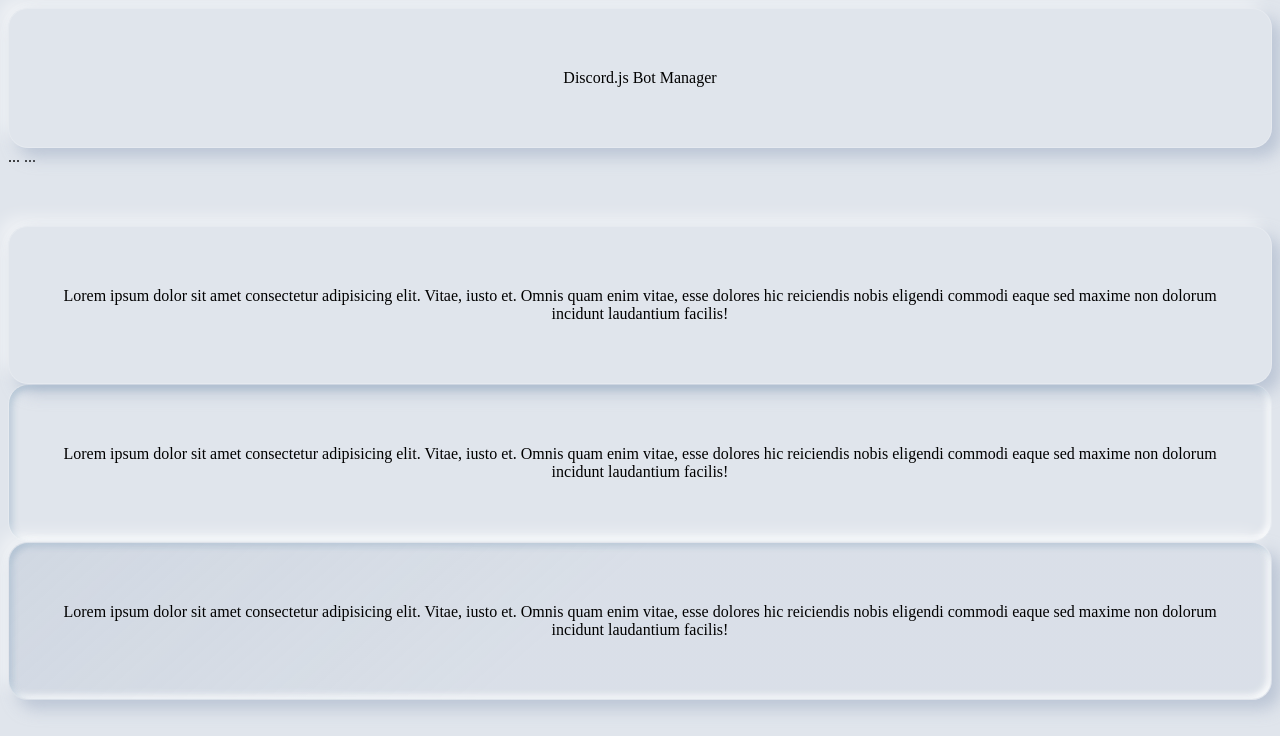
Repository: O-Schell/Discord-Bot-Manager
Page: Web_Interface/main.HTML
An editor plug-in stored every save of this project. The page is shown before and after the next save, followed by the edit.
The browser window is 1280 px wide. The pictures show the whole page.
The style sheet was rebuilt from its Sass, Less or Tailwind sources for each picture, by a compiler version that may differ from the author's.

Above is the page before, as saved 2020-11-22 23:33:30.
Not found: Web_Interface/script.js

### Web_Interface/main.HTML
<!DOCTYPE html>
<html lang="fr">
  <head>
    <meta charset="utf-8" />
    <title>Titre de la page</title>
    <link rel="stylesheet" href="style.css" />
    <script src="script.js"></script>
  </head>

  <body>
    <div class="container">
        <div class="row">
            <div class="card-w col-md-4">
              <div class="card neumorphism">
                <div class="card__icon"></div>
                <div class="card__text">
                  Discord.js Bot Manager
                </div>
              </div>
            </div>
      ...
      <!-- Le reste du contenu -->
      ...
    </div>

    <div class="container wrapper">
      <div class="row">
        <div class="card-w col-md-4">
          <div class="card neumorphism">
            <div class="card__icon"></div>
            <div class="card__text">
              Lorem ipsum dolor sit amet consectetur adipisicing elit. Vitae,
              iusto et. Omnis quam enim vitae, esse dolores hic reiciendis nobis
              eligendi commodi eaque sed maxime non dolorum incidunt laudantium
              facilis!
            </div>
          </div>
        </div>
        <div class="card-w col-md-4">
          <div class="card inset">
            <div class="card__icon"></div>
            <div class="card__text">
              Lorem ipsum dolor sit amet consectetur adipisicing elit. Vitae,
              iusto et. Omnis quam enim vitae, esse dolores hic reiciendis nobis
              eligendi commodi eaque sed maxime non dolorum incidunt laudantium
              facilis!
            </div>
          </div>
        </div>
        <div class="card-w col-md-4">
          <div class="card active">
            <div class="card__icon"></div>
            <div class="card__text">
              Lorem ipsum dolor sit amet consectetur adipisicing elit. Vitae,
              iusto et. Omnis quam enim vitae, esse dolores hic reiciendis nobis
              eligendi commodi eaque sed maxime non dolorum incidunt laudantium
              facilis!
            </div>
          </div>
        </div>
      </div>
    </div>
  </body>
</html>

### Web_Interface/style.scss
@import url("https://fonts.googleapis.com/css?family=Montserrat:400,700&display=swap");

body {
  background-color: #dedede;
}
h1 {
  font-size: 2.5vw;
  padding-left: 0.5%;
  width: max-content;
  font-family: "Montserrat";
  border-radius: 25px;
  background: #dedede;
  box-shadow: 20px 20px 60px #bdbdbd, -20px -20px 60px #ffffff;
  color: #3f3f3f;
}

/* variables */
$bkg: #f7f8fc;
$l-grad-hex-100: #efeff6;
$l-grad-rgba-100: rgba(179, 202, 226, 0.28);

$d-grad-100: dark;

body {
  //background: linear-gradient(318.32deg, #C3D1E4 0%, #DDE7F3 55%, #D4E0ED 100%);
  background: #e0e5ec;
  min-height: 100vh;
}
.wrapper {
  margin: 60px auto;
}

.neumorphism {
  background-color: #e0e5ec;
  //dark
  box-shadow: 9px 9px 16px rgba(163, 177, 198, 0.6),
    -9px -9px 16px rgba(255, 255, 255, 0.5);
  //light
  //box-shadow: 4px 2px 16px rgba(136, 165, 191, 0.48), -4px -2px 16px #FFFFFF;
}

.card-w {
  .card {
    display: flex;
    flex-direction: column;
    align-items: center;
    padding: 60px 30px;
    border-radius: 30px;
    position: relative;
    background: transparent;
    border-radius: 20px;
    border: 1px solid rgba(255, 255, 255, 0.2);

    .card__icon {
    }
    .card__text {
      text-align: center;
    }
  }
}

/* inset */
.card.inset {
  box-shadow: inset 3px 3px 7px rgba(136, 165, 191, 0.48),
    inset -3px -3px 7px #ffffff;
  i {
    text-shadow: 1px 1px 1px #d6e1ef99, 0 0 0 #000, 1px 1px 1px #d6e1ef00;
  }
}

.card.active {
  box-shadow: 9px 9px 16px rgba(163, 177, 198, 0.6),
    -9px -9px 16px rgba(255, 255, 255, 0.5),
    inset 3px 3px 7px rgba(136, 165, 191, 0.48), inset -3px -3px 7px #ffffff;
  background: linear-gradient(
    318.32deg,
    rgba(163, 177, 198, 0.1) 0%,
    rgba(163, 177, 198, 0.1) 55%,
    rgba(163, 177, 198, 0.25) 100%
  );
}

After the next save:
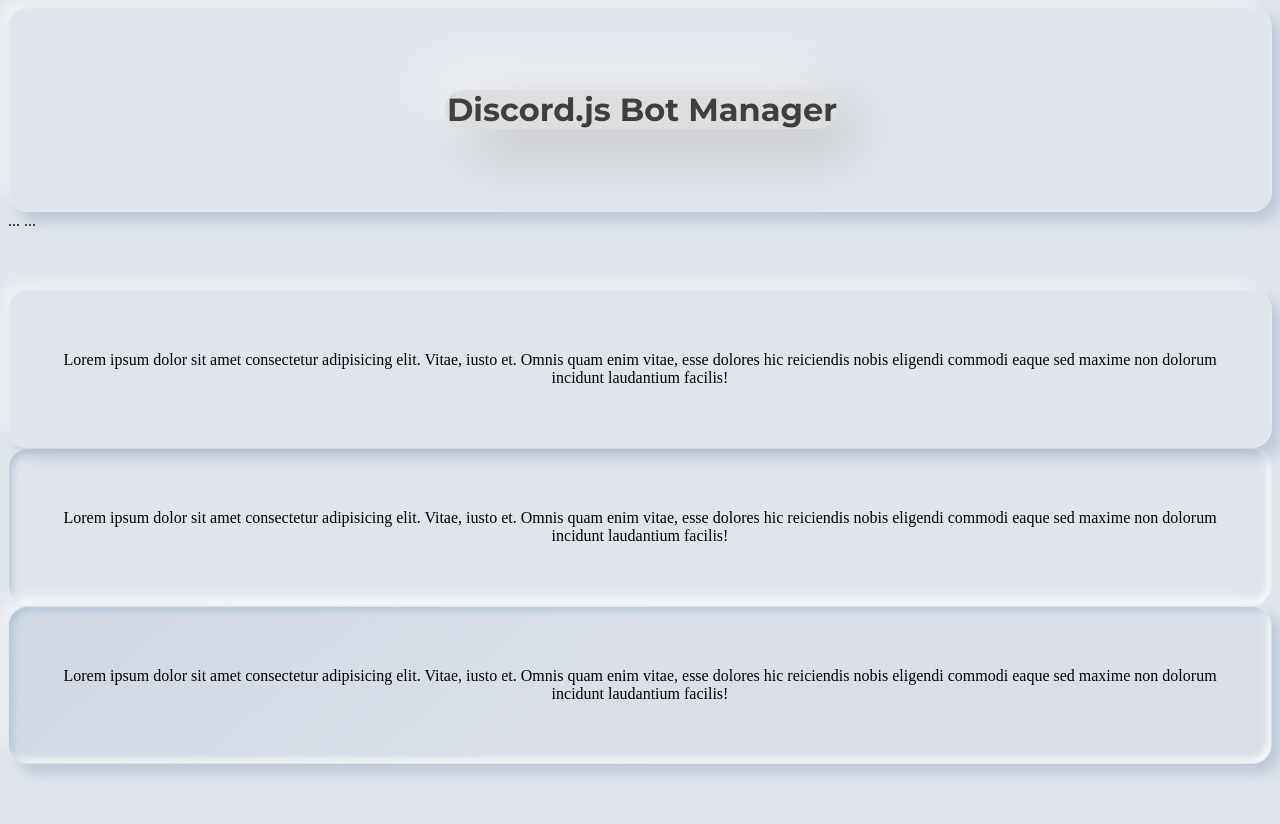
Saved 46 s later.
--- a/Web_Interface/main.HTML
+++ b/Web_Interface/main.HTML
@@ -14,7 +14,7 @@
               <div class="card neumorphism">
                 <div class="card__icon"></div>
                 <div class="card__text">
-                  Discord.js Bot Manager
+                  <h1>Discord.js Bot Manager</h1>
                 </div>
               </div>
             </div>
